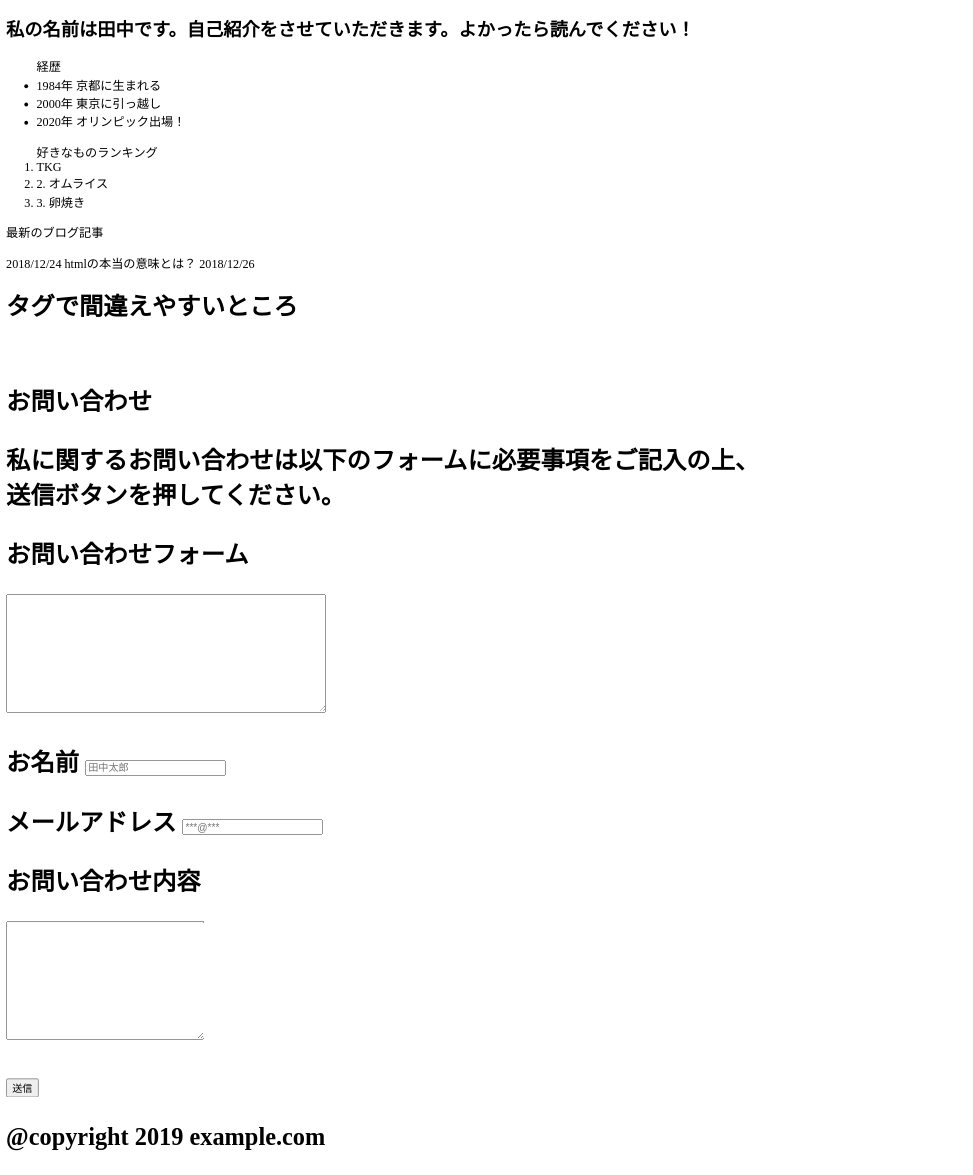
Repository: wairoku/suretigai1
Page: jack.html
An editor plug-in stored every save of this project. The page is shown before and after the next save, followed by the edit.
The browser window is 1280 px wide. The pictures show the whole page, at 76% of full size.

Above is the page before, as saved 2019-01-02 20:02:17.

After the next save:
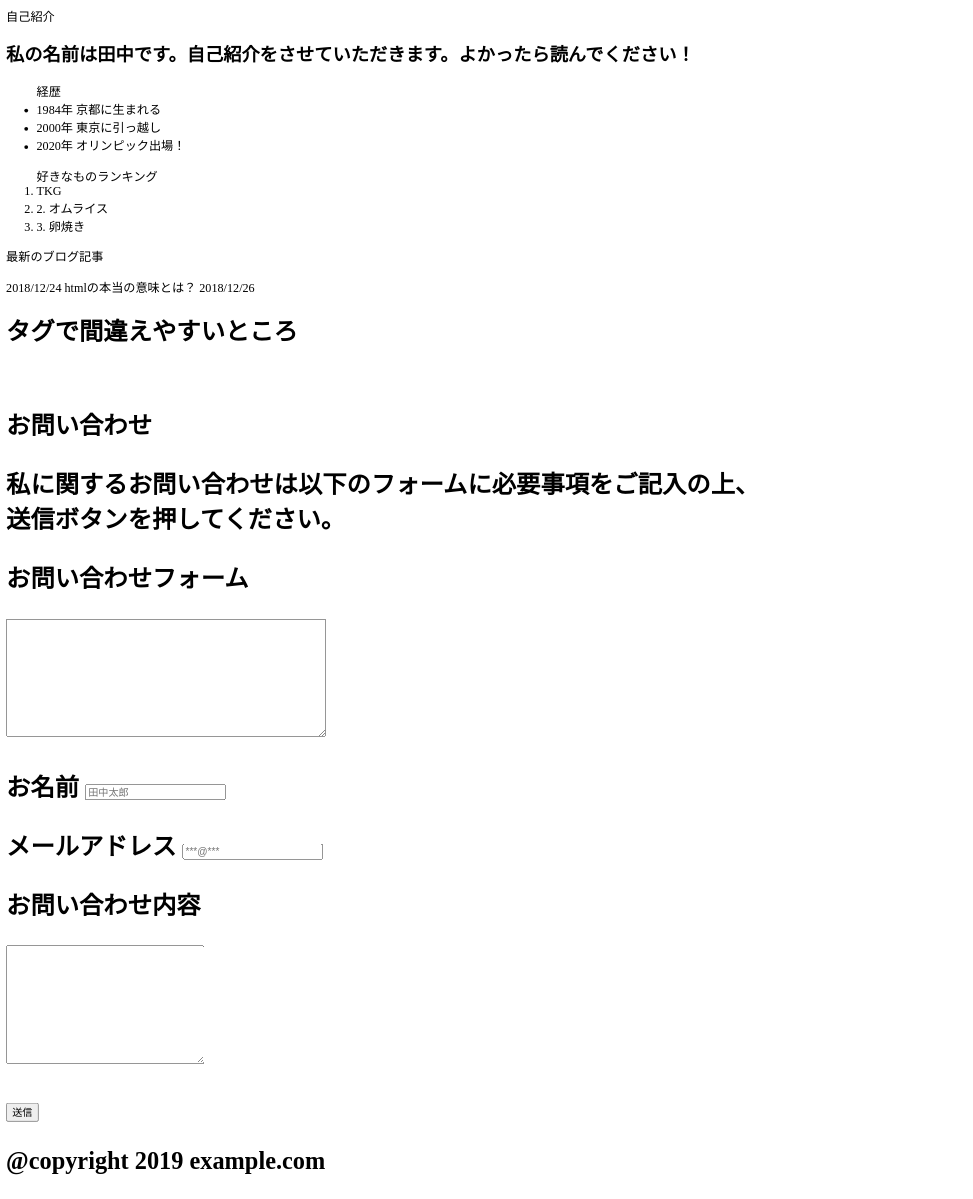
Saved 93 s later.
--- a/jack.html
+++ b/jack.html
@@ -1,8 +1,9 @@
 <!DOCTYPE html>
+
 
 <body>
 
-<title>自己紹介</title>
+<header>自己紹介</header>
 <h2>私の名前は田中です。自己紹介をさせていただきます。よかったら読んでください！</h2>
 
 <ul>経歴
